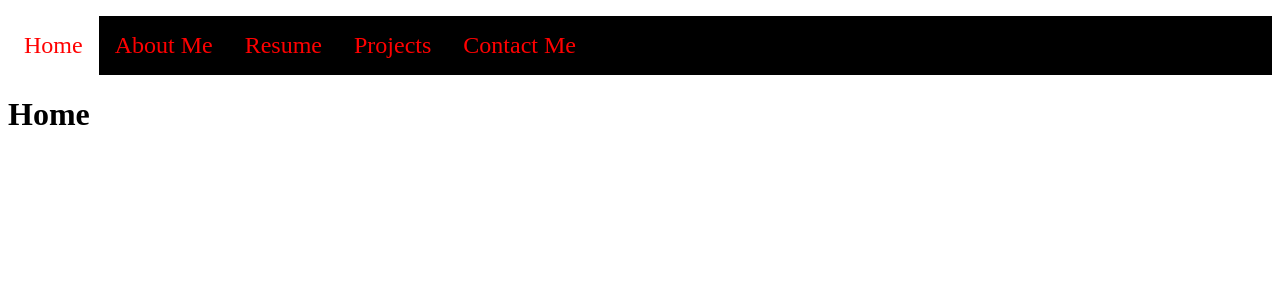
Repository: Kur0bane/Kur0bane.github.io
Page: index.html
The author's editor kept a record of every edit. The page is drawn from the files as they stood at one moment, then again after the next edit.
The browser window is 1280 px wide. The pictures show the whole page.

Above is the page before.

### index.html
<!DOCTYPE html>
<html>
    <head>
    <title>Home</title>
    <link rel="stylesheet" type="text/css" href="style.css">

    </head>

    <body>
        <ul class="navbar">
            <li class="active"><a href="index.html">Home</a></li>
            <li><a href="aboutme.html">About Me</a></li>
            <li><a href="resume.html">Resume</a></li>
            <li class="dropdown">
                <div>Projects</div>
                <ul class="dropdown-content">
                    <li><a href="project1.html">Project 1</a></li>
                    <li><a href="project2.html">Project 2</a></li>
                    <li><a href="project3.html">Project 3</a></li>
                </ul>
            </li>
            <li><a href="contactme.html">Contact Me</a></li>
        </ul>

        <h1>Home</h1>
        <table>
            <tr>

            </tr>
            <tr>

            </tr>
        </table>

    </body>
</html>

### style.css
        .navbar{
            list-style: none;
            background: black;
            overflow: hidden;
            padding: 0;
        }

        .navbar a, .dropdown div{
            text-decoration: none;
            color: red;
            font-size: 24px;
            padding: 16px;
            display: inline-block;
        }

        .navbar li{
            float: left;
        }

        .navbar li:hover{
            background-color: white;
        }

        .dropdown-content{
            list-style: none;
            padding: 0;
            display: none;
            position: absolute;
            z-index: 1;
            background-color: black;
        }

        .dropdown-content li{
            float: none;
        }

        .dropdown:hover .dropdown-content{
            display: block;
        }

        .active{
            background-color: white;
        }

        td{
            text-align: center;
        }

After the next edit:
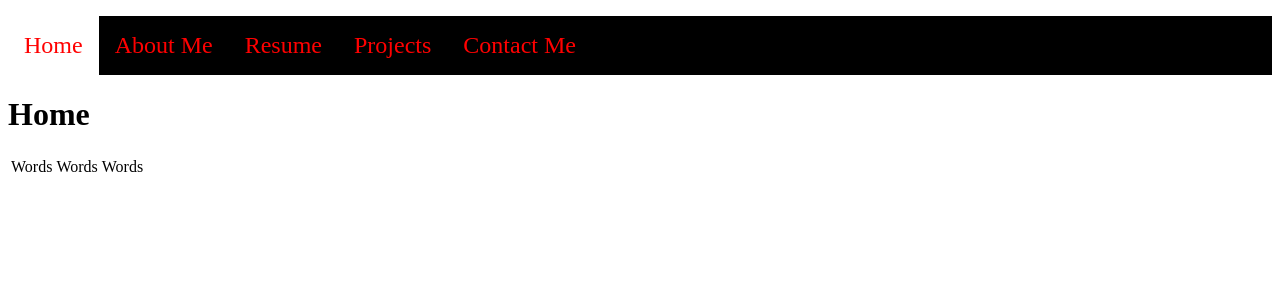
The edit:
--- a/index.html
+++ b/index.html
@@ -25,7 +25,9 @@
         <h1>Home</h1>
         <table>
             <tr>
-
+                <td>Words</td>
+                <td>Words</td>
+                <td>Words</td>
             </tr>
             <tr>
 
